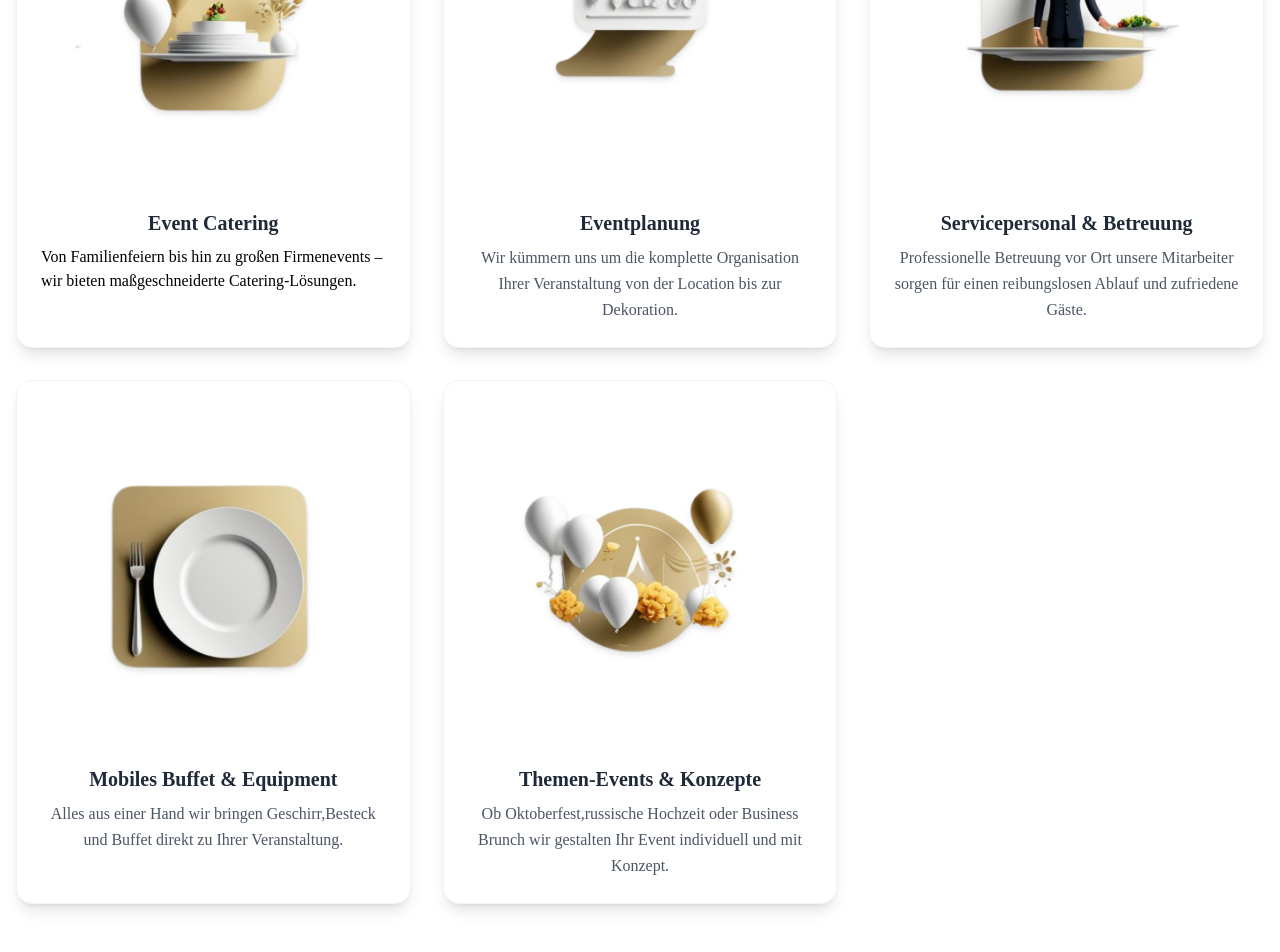
Repository: NikolajMalisch/vilana
Page: index.html
The author's editor kept a copy of each file at every save. The page is drawn from the files as they stood at one save, then again after the next save.
The browser window is 1280 px wide. The pictures show the part of the page from y = 1129 to 2081 px (the page is 2185 px tall before and 2205 px after).
A picture or video elsewhere on the page could not be fetched, so the positions and the page height are approximate. Some web fonts or font styles are not loaded; a fallback is used. Some web libraries are served in a nearby version.

Above is the page before, as saved 2025-08-01 13:50:38.

After the next save:
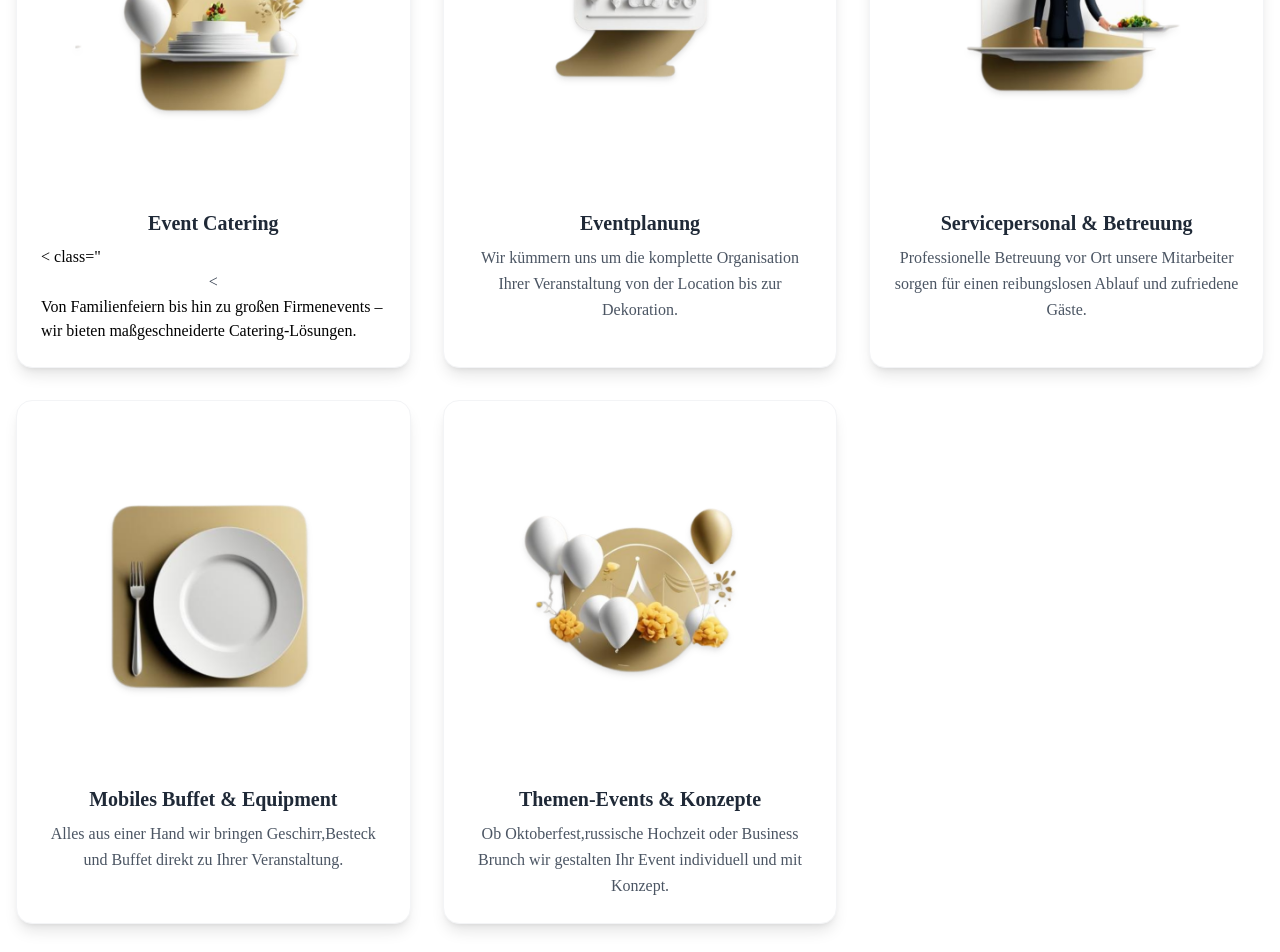
Saved 8 s later.
--- a/index.html
+++ b/index.html
@@ -133,7 +133,7 @@
         <img src="images/Без названия (500 x 500 пикс.) new/Catering.png" alt="Event Catering" class="w-25 h-25 mb-4 mx-auto drop-shadow-md">
         <h3 class="text-xl font-semibold text-center text-gray-800 mb-2 lang lang-de">Event Catering</h3>
         <h3 class="text-xl font-semibold text-center text-gray-800 mb-2 lang lang-ru">Кейтеринг</h3>
-        <p class="<p class="text-gray-700 text-center leading-relaxed font-medium lang lang-de"></p> </p>Von Familienfeiern bis hin zu großen Firmenevents – wir bieten maßgeschneiderte Catering-Lösungen.</p>
+        < class="<p class="text-gray-700 text-center leading-relaxed font-medium lang lang-de">< </p>Von Familienfeiern bis hin zu großen Firmenevents – wir bieten maßgeschneiderte Catering-Lösungen.</p>
         <p class="text-gray-600 text-center leading-relaxed lang lang-ru">От семейных праздников до крупных корпоративов мы предлагаем кейтеринг решения под ключ.</p>
     </div>
 

After the 2 saves that followed:
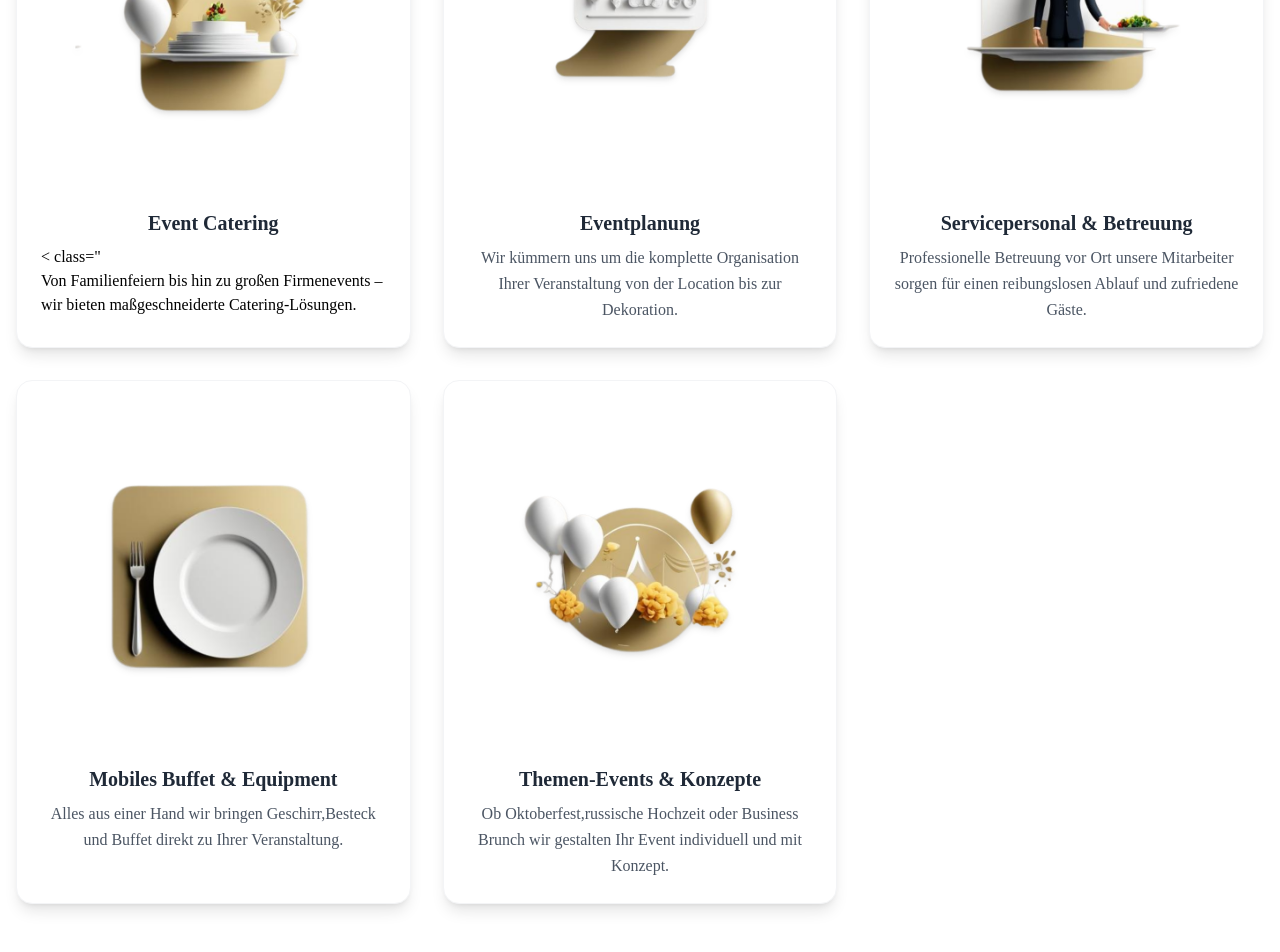
The 2 saves are shown as one change because they came seconds apart.
The last was saved 7 s later.
--- a/index.html
+++ b/index.html
@@ -133,7 +133,7 @@
         <img src="images/Без названия (500 x 500 пикс.) new/Catering.png" alt="Event Catering" class="w-25 h-25 mb-4 mx-auto drop-shadow-md">
         <h3 class="text-xl font-semibold text-center text-gray-800 mb-2 lang lang-de">Event Catering</h3>
         <h3 class="text-xl font-semibold text-center text-gray-800 mb-2 lang lang-ru">Кейтеринг</h3>
-        < class="<p class="text-gray-700 text-center leading-relaxed font-medium lang lang-de">< </p>Von Familienfeiern bis hin zu großen Firmenevents – wir bieten maßgeschneiderte Catering-Lösungen.</p>
+        < class="<p class="text-gray-700 text-center leading-relaxed font-medium lang lang-de"></p>Von Familienfeiern bis hin zu großen Firmenevents – wir bieten maßgeschneiderte Catering-Lösungen.</p>
         <p class="text-gray-600 text-center leading-relaxed lang lang-ru">От семейных праздников до крупных корпоративов мы предлагаем кейтеринг решения под ключ.</p>
     </div>
 
